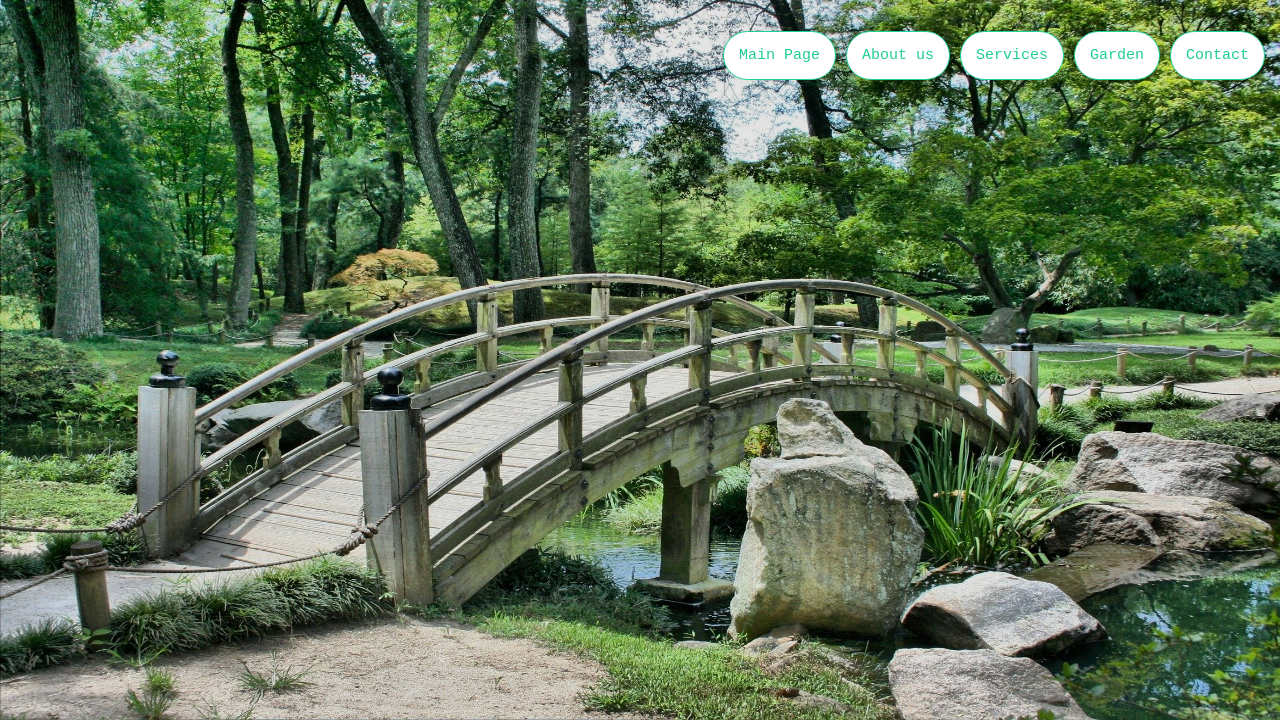
Repository: PatryxB/garden
Page: http://localhost/
An editor plug-in stored every save of this project. The page is shown before and after the next save, followed by the edit.
The browser window is 1280 px wide. The pictures show the whole page.
Some web fonts or font styles are not loaded; a fallback is used. The page is served by the project's Laravel application, run on PHP 8.4 with Laravel 8. Style sheets and scripts are compiled from the project's sources, by tool versions that may differ from the author's.

Above is the page before, as saved 2020-05-01 21:21:50.

After the next save:
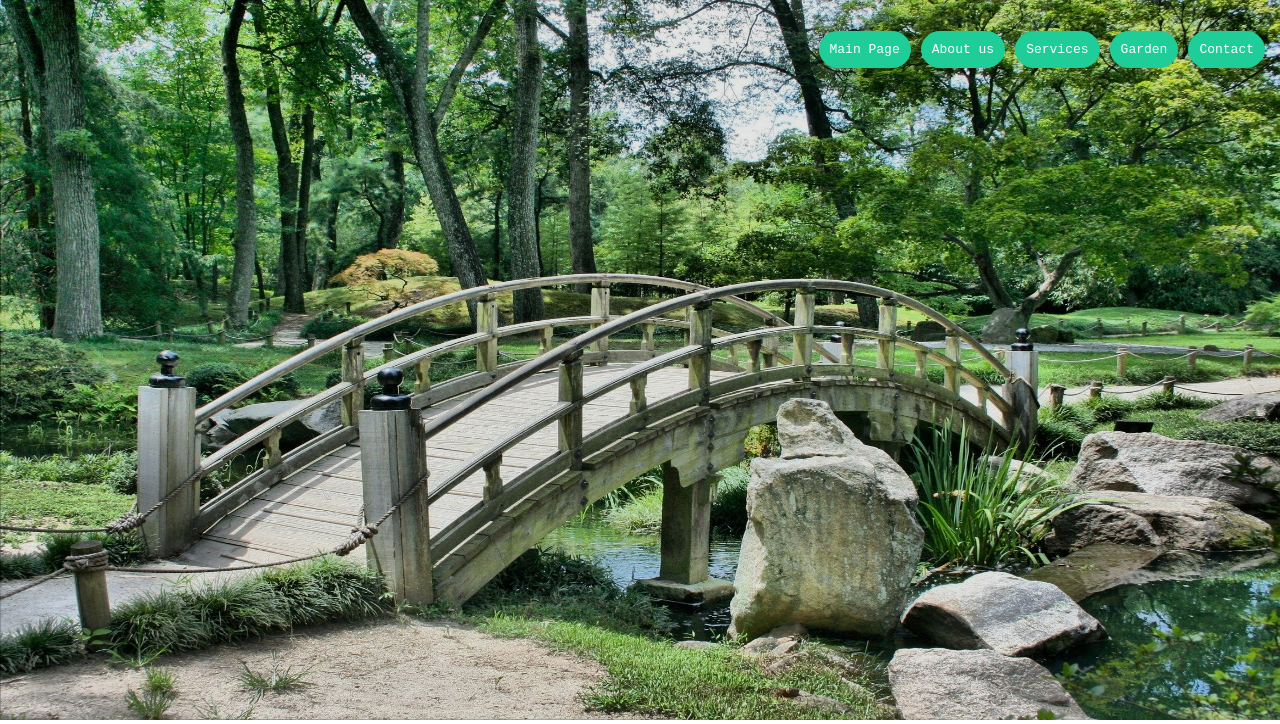
Saved 32 s later.
--- a/resources/sass/app.scss
+++ b/resources/sass/app.scss
@@ -18,12 +18,12 @@ nav ul{
 }
 nav ul li a{
     text-decoration: none;
-    font-size: 15px;
+    font-size: 13px;
     display: inline-block;
-    background-color: white;
-    color: #1ECD97;
+    background-color: #1ECD97;
+    color: white;
     border: solid 1px #1ECD97;
-    padding: 15px;
+    padding: 10px;
     border-radius: 25px;
     margin-left: 10px;
     cursor:pointer;
